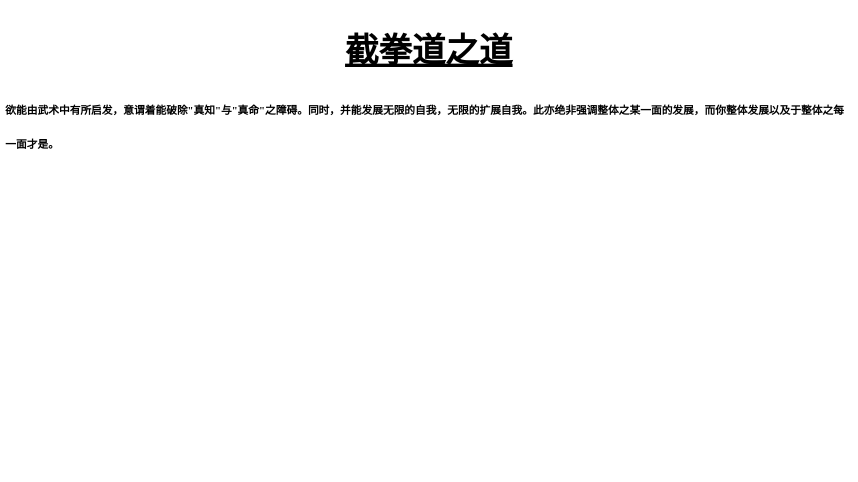
Repository: MasterKweng/workspace
Page: WebBasic/WebContent/Day02/text.html
An editor plug-in stored every save of this project. The page is shown before and after the next save, followed by the edit.
The browser window is 1280 px wide. The pictures show the whole page, at 67% of full size.

Above is the page before, as saved 2018-01-04 06:47:58.

### WebBasic/WebContent/Day02/text.html
<!doctype html>
<html>
	<head>
		<title>文本格式化</title>
		<meta charset="utf-8"/>
		<style type="text/css">
			body{
				font-family:'微软雅黑';
			}
			h1{
				font-size:50px;
				text-align:center;
				text-decoration:underline;
			}
			p{
				font-weight:bold;
				line-height:3.2em;
			}
		</style>
	</head>
	<body>
		<h1>截拳道之道</h1>
		<p>欲能由武术中有所启发，意谓着能破除"真知"与"真命"之障碍。同时，并能发展无限的自我，无限的扩展自我。此亦绝非强调整体之某一面的发展，而你整体发展以及于整体之每一面才是。</p>
	</body>
</html>

After the next save:
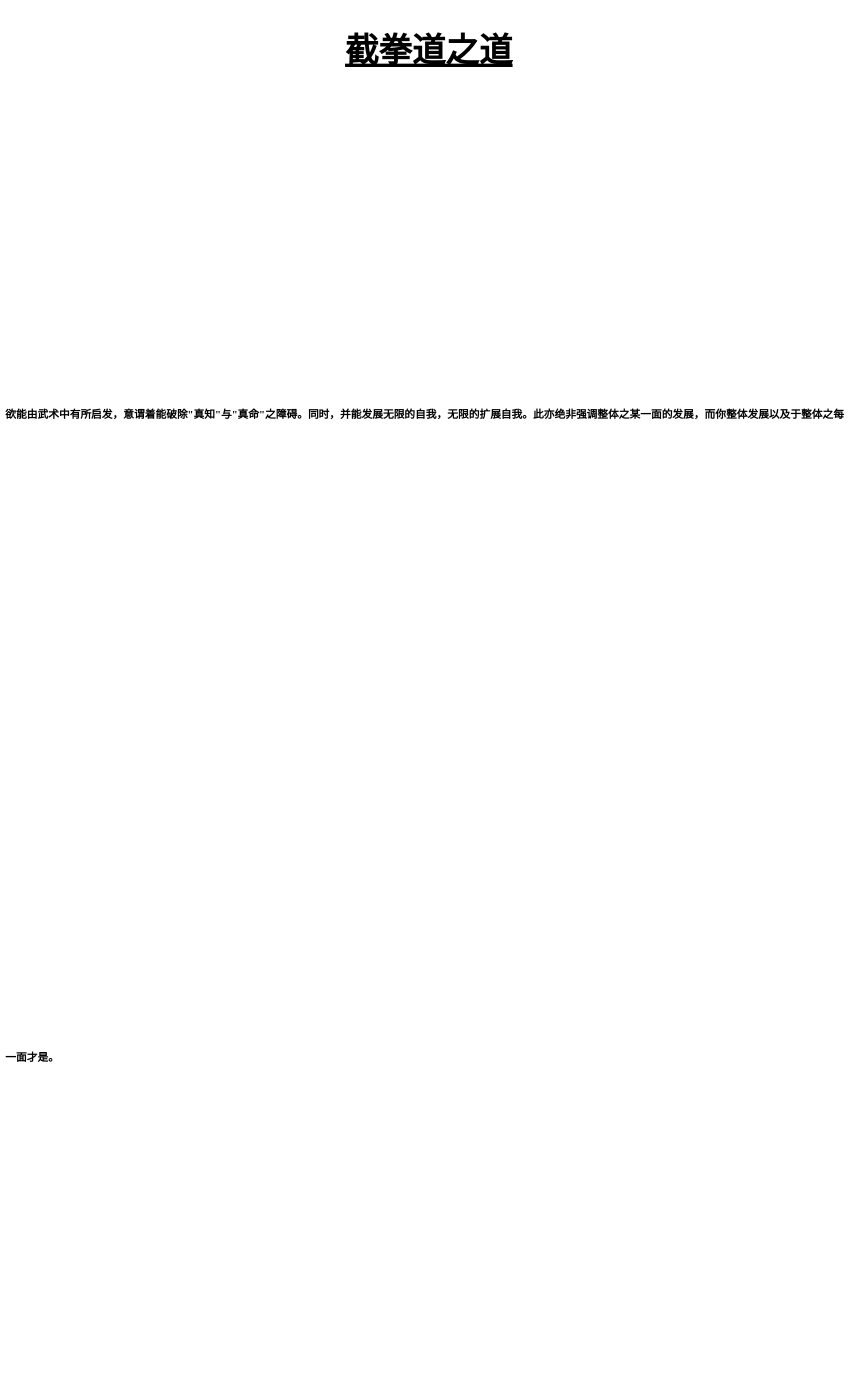
Saved 6 s later.
--- a/WebBasic/WebContent/Day02/text.html
+++ b/WebBasic/WebContent/Day02/text.html
@@ -14,7 +14,7 @@
 			}
 			p{
 				font-weight:bold;
-				line-height:3.2em;
+				line-height:60em;
 			}
 		</style>
 	</head>
